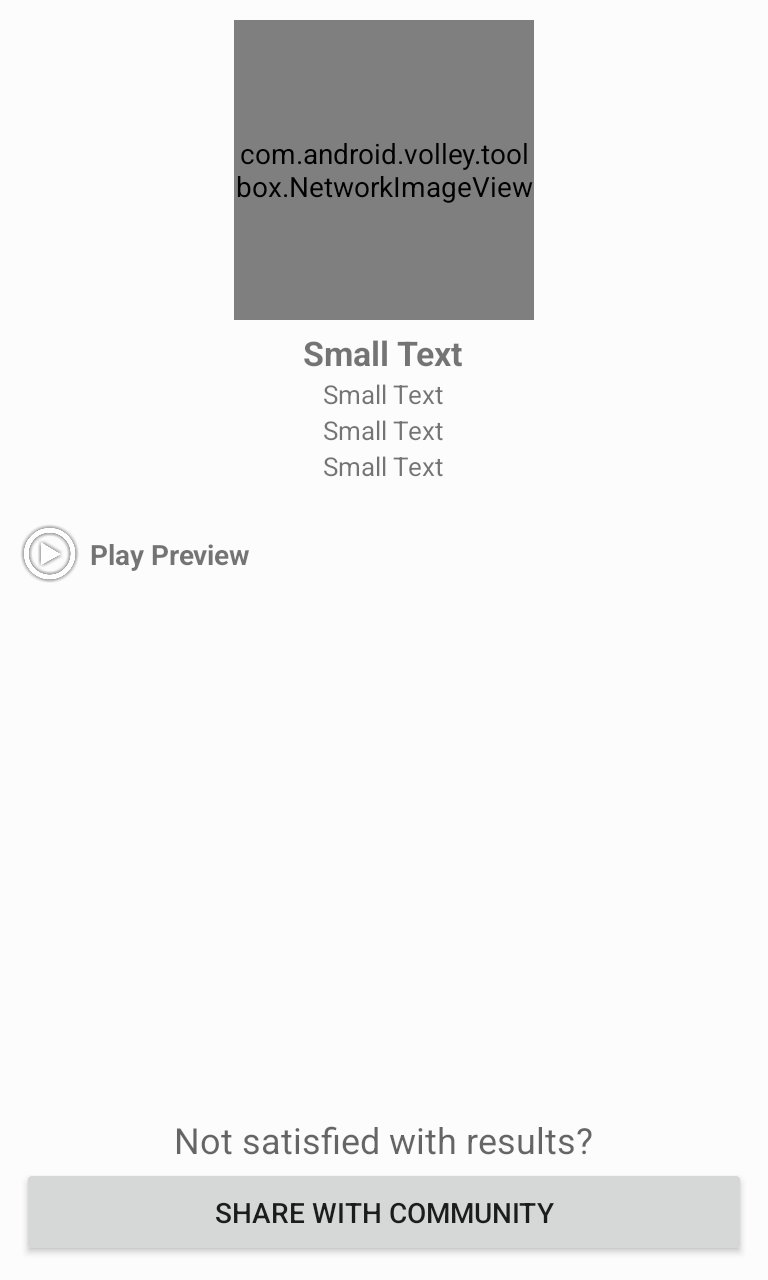
Repository: savindra/cutting-edge
Layout: Humzearch/res/layout/record_tune_result.xml
These files come from the project's save history. The layout is drawn as it stood at one moment and after the next save; the edit follows.
Pictures or frames that could not be fetched are drawn as grey boxes. It is drawn on a 768 x 1280 px phone screen (xhdpi) without system bars, with theme AppTheme; the app's code is not run.

Above is the layout before, as saved 2015-06-15 10:40:23.

### Humzearch/res/layout/record_tune_result.xml
<?xml version="1.0" encoding="utf-8"?>
<ScrollView xmlns:android="http://schemas.android.com/apk/res/android"
    android:layout_width="fill_parent"
    android:layout_height="fill_parent"
    android:fillViewport="true" >

<RelativeLayout
    android:layout_width="match_parent"
    android:layout_height="match_parent"
    android:background="@color/background"
    android:orientation="vertical" >

    <LinearLayout
        android:id="@+id/linearLayout1"
        android:layout_width="match_parent"
        android:layout_height="wrap_content"
        android:layout_margin="10dp"
        android:orientation="vertical" >

        <LinearLayout
            android:layout_width="match_parent"
            android:layout_height="wrap_content"
            android:layout_weight="0.20"
            android:gravity="center"
            android:orientation="horizontal" >

            <com.android.volley.toolbox.NetworkImageView
                android:id="@+id/imgTuneResultCover"
                android:layout_width="150dp"
                android:layout_height="150dp"
                android:src="@drawable/ic_cover_not_available" />
        </LinearLayout>

        <LinearLayout
            android:layout_width="match_parent"
            android:layout_height="wrap_content"
            android:layout_marginTop="5dip"
            android:layout_weight="0.80"
            android:gravity="center"
            android:orientation="vertical" >

            <TextView
                android:id="@+id/txtTuneResultName"
                android:layout_width="wrap_content"
                android:layout_height="wrap_content"
                android:text="Small Text"
                android:textAppearance="?android:attr/textAppearanceSmall"
                android:textStyle="bold"
                android:textSize="@dimen/title"/>

            <TextView
                android:id="@+id/txtTuneResultArtist"
                android:layout_width="wrap_content"
                android:layout_height="wrap_content"
                android:text="Small Text"
                android:textAppearance="?android:attr/textAppearanceSmall"
                android:textSize="@dimen/genre" />

            <TextView
                android:id="@+id/txtTuneResultAlbum"
                android:layout_width="wrap_content"
                android:layout_height="wrap_content"
                android:text="Small Text"
                android:textAppearance="?android:attr/textAppearanceSmall"
                android:textSize="@dimen/genre" />

            <TextView
                android:id="@+id/txtTuneResultCountry"
                android:layout_width="wrap_content"
                android:layout_height="wrap_content"
                android:text="Small Text"
                android:textAppearance="?android:attr/textAppearanceSmall"
                android:textSize="@dimen/genre"/>
        </LinearLayout>
    </LinearLayout>

    <LinearLayout
        android:layout_width="match_parent"
        android:layout_height="wrap_content"
        android:layout_alignParentBottom="true"
        android:layout_margin="10dp"
        android:gravity="center"
        android:orientation="vertical" >

        <TextView
            android:id="@+id/txtViewTuneItemCountry"
            android:layout_width="wrap_content"
            android:layout_height="wrap_content"
            android:text="@string/notsatisfied"
            android:textAppearance="?android:attr/textAppearanceMedium" />

        <Button
            android:id="@+id/btnTuneResultShare"
            style="?android:attr/buttonStyleSmall"
            android:layout_width="match_parent"
            android:layout_height="wrap_content"
            android:text="@string/sharewithcommunity" />
    </LinearLayout>

    <LinearLayout
        android:layout_width="match_parent"
        android:layout_height="wrap_content"
        android:layout_below="@+id/linearLayout1"
        android:layout_margin="10dp" >

        <RelativeLayout
            android:layout_width="match_parent"
            android:layout_height="wrap_content" >

            <ImageView
                android:id="@+id/imageView2"
                android:layout_width="30dp"
                android:layout_height="30dp"
                android:src="@drawable/ic_play2" />

            <TextView
                android:id="@+id/txtRecordTuneResultPlayPreview"
                android:layout_width="wrap_content"
                android:layout_height="wrap_content"
                android:layout_centerVertical="true"
                android:layout_marginLeft="5dp"
                android:layout_toRightOf="@+id/imageView2"
                android:text="@string/playpreview"
                android:textAppearance="?android:attr/textAppearanceSmall"
                android:textStyle="bold" />
        </RelativeLayout>
    </LinearLayout>

</RelativeLayout>
</ScrollView>

### Humzearch/res/values-v21/style.xml
<?xml version="1.0" encoding="utf-8"?>
<resources>
    <style name="AppTheme" parent="AppTheme.Base">
        <!-- Customize your theme using Material Design here. -->
    </style>
</resources>

### Humzearch/res/values/styles.xml
<resources>

    <!-- Base application theme. -->
    <style name="AppTheme" parent="AppTheme.Base"/>

    <style name="AppTheme.Base" parent="Theme.AppCompat.Light.DarkActionBar">
        <!-- Customize your theme here. -->

        <!-- colorPrimary is used for the default action bar background -->
        <item name="colorPrimary">@color/ColorPrimary</item>

        <!-- colorPrimaryDark is used for the status bar -->
        <item name="colorPrimaryDark">@color/ColorPrimaryDark</item>

        <!-- colorAccent is used as the default value for colorControlActivated
             which is used to tint widgets -->

        <!-- You can also set colorControlNormal, colorControlActivated
             colorControlHighlight & colorSwitchThumbNormal. -->

        <item name="homeAsUpIndicator">@drawable/ic_drawer</item>
		<item name="android:homeAsUpIndicator">@drawable/ic_drawer</item>
    </style>

    <style name="AppTheme.NoTitleBar" parent="Theme.AppCompat.Light.NoActionBar">
        <!-- Customize your theme here. -->

        <!-- colorPrimary is used for the default action bar background -->
        <item name="colorPrimary">@color/ColorPrimary</item>

        <!-- colorPrimaryDark is used for the status bar -->
        <item name="colorPrimaryDark">@color/ColorPrimaryDark</item>

        <!-- colorAccent is used as the default value for colorControlActivated
             which is used to tint widgets -->

        <!-- You can also set colorControlNormal, colorControlActivated
             colorControlHighlight & colorSwitchThumbNormal. -->
    </style>

    <style name="AppTheme.BackButton" parent="Theme.AppCompat.Light.DarkActionBar">
        <!-- Customize your theme here. -->

        <!-- colorPrimary is used for the default action bar background -->
        <item name="colorPrimary">@color/ColorPrimary</item>

        <!-- colorPrimaryDark is used for the status bar -->
        <item name="colorPrimaryDark">@color/ColorPrimaryDark</item>

        <!-- colorAccent is used as the default value for colorControlActivated
             which is used to tint widgets -->

        <!-- You can also set colorControlNormal, colorControlActivated
             colorControlHighlight & colorSwitchThumbNormal. -->
    </style>

    <style name="toolbar_bottom" parent="Widget.AppCompat.Toolbar">
    	<item name="contentInsetStart">0dp</item>
    	<item name="contentInsetEnd">0dp</item>
	</style>

</resources>

### Humzearch/res/values/color.xml
<?xml version="1.0" encoding="utf-8"?>
<resources>
    <color name="ColorPrimary">#e62117</color>
    <color name="ColorPrimaryDark">#c31c13</color>
    <color name="tabsScrollColor">#8a140e</color>
    <color name="fontblack">#000</color>

    <!-- Main menu colors -->
    <color name="list_item_title">#303030</color>
    <color name="list_background">#eee</color>
    <color name="list_background_pressed">#aaa</color>
    <color name="list_divider">#ccc</color>
    <color name="counter_text_bg">#626262</color>
    <color name="counter_text_color">#c5c4c4</color>

    <color name="button">#ccc</color>

    <color name="link">#909090</color>
    <color name="secondbar">#f5f5f5</color>
    <color name="background">#fcfcfc</color>

</resources>

### Humzearch/res/values/dimens.xml
<resources>

    <!-- Default screen margins, per the Android Design guidelines. -->
    <dimen name="activity_horizontal_margin">16dp</dimen>
    <dimen name="activity_vertical_margin">16dp</dimen>
    <dimen name="fontsize">18sp</dimen>

    <dimen name="title">17dp</dimen>
    <dimen name="rating">15dip</dimen>
    <dimen name="genre">13dip</dimen>
    <dimen name="year">12dip</dimen>

</resources>

### Humzearch/res/values/strings.xml
<?xml version="1.0" encoding="utf-8"?>
<resources>

    <string name="app_name">Humzearch</string>
    <string name="hello_world">Hello world!</string>
    <string name="action_settings">Settings</string>
    <string name="username">Username</string>
    <string name="email">Email</string>
    <string name="password">Password</string>
    <string name="login">Login</string>
    <string name="firstname">First Name</string>
    <string name="fullname">Full Name</string>
    <string name="firstandlast">First and Last Name</string>
    <string name="passwordhint">At least 6 characters</string>
    <string name="confirmpass">Confirm Password</string>
    <string name="logout">Logout</string>

    <!-- Nav Drawer Menu Items -->
    <string-array name="main_menu_items">
        <item >Record Tune</item>
        <item >View Tunes</item>
        <item >View Responses</item>
        <item >Rewards</item>
        <item >Messages</item>
        <item >My Account</item>
    </string-array>

    <!-- Nav Drawer List Item Icons -->
    <array name="main_menu_icons">
        <item>@drawable/ic_recordtune</item>
        <item>@drawable/ic_viewtune</item>
        <item>@drawable/ic_viewresponse</item>
        <item>@drawable/ic_reward</item>
        <item>@drawable/ic_messages</item>
        <item>@drawable/ic_myaccount</item>
    </array>

    <string name="desc_list_item_icon">Item Icon</string>

    <string name="timerstart">00:00</string>

    <string name="taptorecord">Tap to Record</string>

    <string name="playpreview">Play Preview</string>

    <string name="notsatisfied">Not satisfied with results?</string>

    <string name="sharewithcommunity">Share with Community</string>

    <!-- Language List -->
    <string-array name="language_array">
        <item>-- Not Selected --</item>
        <item>English</item>
        <item>Chinese/Mandarin</item>
        <item>Spanish</item>
        <item>Arabic</item>
        <item>Hindi</item>
        <item>Russain</item>
        <item>Sinhalese</item>
    </string-array>

    <!-- Country List -->
    <string-array name="countries_array">
        <item>-- Not Selected --</item>
	    <item>Afghanistan</item>
	    <item>Albania</item>
	    <item>Algeria</item>
	    <item>American Samoa</item>
	    <item>Andorra</item>
	    <item>Angola</item>
	    <item>Anguilla</item>
	    <item>Antarctica</item>
	    <item>Antigua and Barbuda</item>
	    <item>Argentina</item>
	    <item>Armenia</item>
	    <item>Aruba</item>
	    <item>Australia</item>
	    <item>Austria</item>
	    <item>Azerbaijan</item>
	    <item>Bahrain</item>
	    <item>Bangladesh</item>
	    <item>Barbados</item>
	    <item>Belarus</item>
	    <item>Belgium</item>
	    <item>Belize</item>
	    <item>Benin</item>
	    <item>Bermuda</item>
	    <item>Bhutan</item>
	    <item>Bolivia</item>
	    <item>Bosnia and Herzegovina</item>
	    <item>Botswana</item>
	    <item>Bouvet Island</item>
	    <item>Brazil</item>
	    <item>British Indian Ocean Territory</item>
	    <item>British Virgin Islands</item>
	    <item>Brunei</item>
	    <item>Bulgaria</item>
	    <item>Burkina Faso</item>
	    <item>Burundi</item>
	    <item>Cambodia</item>
	    <item>Cameroon</item>
	    <item>Canada</item>
	    <item>Cape Verde</item>
	    <item>Cayman Islands</item>
	    <item>Central African Republic</item>
	    <item>Chad</item>
	    <item>Chile</item>
	    <item>China</item>
	    <item>Christmas Island</item>
	    <item>Cocos (Keeling) Islands</item>
	    <item>Colombia</item>
	    <item>Comoros</item>
	    <item>Congo</item>
	    <item>Cook Islands</item>
	    <item>Costa Rica</item>
	    <item>Cote d\'Ivoire</item>
	    <item>Croatia</item>
	    <item>Cuba</item>
	    <item>Cyprus</item>
	    <item>Czech Republic</item>
	    <item>Democratic Republic of the Congo</item>
	    <item>Denmark</item>
	    <item>Djibouti</item>
	    <item>Dominica</item>
	    <item>Dominican Republic</item>
	    <item>East Timor</item>
	    <item>Ecuador</item>
	    <item>Egypt</item>
	    <item>El Salvador</item>
	    <item>Equatorial Guinea</item>
	    <item>Eritrea</item>
	    <item>Estonia</item>
	    <item>Ethiopia</item>
	    <item>Faeroe Islands</item>
	    <item>Falkland Islands</item>
	    <item>Fiji</item>
	    <item>Finland</item>
	    <item>Former Yugoslav Republic of Macedonia</item>
	    <item>France</item>
	    <item>French Guiana</item>
	    <item>French Polynesia</item>
	    <item>French Southern Territories</item>
	    <item>Gabon</item>
	    <item>Georgia</item>
	    <item>Germany</item>
	    <item>Ghana</item>
	    <item>Gibraltar</item>
	    <item>Greece</item>
	    <item>Greenland</item>
	    <item>Grenada</item>
	    <item>Guadeloupe</item>
	    <item>Guam</item>
	    <item>Guatemala</item>
	    <item>Guinea</item>
	    <item>Guinea-Bissau</item>
	    <item>Guyana</item>
	    <item>Haiti</item>
	    <item>Heard Island and McDonald Islands</item>
	    <item>Honduras</item>
	    <item>Hong Kong</item>
	    <item>Hungary</item>
	    <item>Iceland</item>
	    <item>India</item>
	    <item>Indonesia</item>
	    <item>Iran</item>
	    <item>Iraq</item>
	    <item>Ireland</item>
	    <item>Israel</item>
	    <item>Italy</item>
	    <item>Jamaica</item>
	    <item>Japan</item>
	    <item>Jordan</item>
	    <item>Kazakhstan</item>
	    <item>Kenya</item>
	    <item>Kiribati</item>
	    <item>Kuwait</item>
	    <item>Kyrgyzstan</item>
	    <item>Laos</item>
	    <item>Latvia</item>
	    <item>Lebanon</item>
	    <item>Lesotho</item>
	    <item>Liberia</item>
	    <item>Libya</item>
	    <item>Liechtenstein</item>
	    <item>Lithuania</item>
	    <item>Luxembourg</item>
	    <item>Macau</item>
	    <item>Madagascar</item>
	    <item>Malawi</item>
	    <item>Malaysia</item>
	    <item>Maldives</item>
	    <item>Mali</item>
	    <item>Malta</item>
	    <item>Marshall Islands</item>
	    <item>Martinique</item>
	    <item>Mauritania</item>
	    <item>Mauritius</item>
	    <item>Mayotte</item>
	    <item>Mexico</item>
	    <item>Micronesia</item>
	    <item>Moldova</item>
	    <item>Monaco</item>
	    <item>Mongolia</item>
	    <item>Montenegro</item>
	    <item>Montserrat</item>
	    <item>Morocco</item>
	    <item>Mozambique</item>
	    <item>Myanmar</item>
	    <item>Namibia</item>
	    <item>Nauru</item>
	    <item>Nepal</item>
	    <item>Netherlands</item>
	    <item>Netherlands Antilles</item>
	    <item>New Caledonia</item>
	    <item>New Zealand</item>
	    <item>Nicaragua</item>
	    <item>Niger</item>
	    <item>Nigeria</item>
	    <item>Niue</item>
	    <item>Norfolk Island</item>
	    <item>North Korea</item>
	    <item>Northern Marianas</item>
	    <item>Norway</item>
	    <item>Oman</item>
	    <item>Pakistan</item>
	    <item>Palau</item>
	    <item>Panama</item>
	    <item>Papua New Guinea</item>
	    <item>Paraguay</item>
	    <item>Peru</item>
	    <item>Philippines</item>
	    <item>Pitcairn Islands</item>
	    <item>Poland</item>
	    <item>Portugal</item>
	    <item>Puerto Rico</item>
	    <item>Qatar</item>
	    <item>Reunion</item>
	    <item>Romania</item>
	    <item>Russia</item>
	    <item>Rwanda</item>
	    <item>Sqo Tome and Principe</item>
	    <item>Saint Helena</item>
	    <item>Saint Kitts and Nevis</item>
	    <item>Saint Lucia</item>
	    <item>Saint Pierre and Miquelon</item>
	    <item>Saint Vincent and the Grenadines</item>
	    <item>Samoa</item>
	    <item>San Marino</item>
	    <item>Saudi Arabia</item>
	    <item>Senegal</item>
	    <item>Serbia</item>
	    <item>Seychelles</item>
	    <item>Sierra Leone</item>
	    <item>Singapore</item>
	    <item>Slovakia</item>
	    <item>Slovenia</item>
	    <item>Solomon Islands</item>
	    <item>Somalia</item>
	    <item>South Africa</item>
	    <item>South Georgia and the South Sandwich Islands</item>
	    <item>South Korea</item>
	    <item>South Sudan</item>
	    <item>Spain</item>
	    <item>Sri Lanka</item>
	    <item>Sudan</item>
	    <item>Suriname</item>
	    <item>Svalbard and Jan Mayen</item>
	    <item>Swaziland</item>
	    <item>Sweden</item>
	    <item>Switzerland</item>
	    <item>Syria</item>
	    <item>Taiwan</item>
	    <item>Tajikistan</item>
	    <item>Tanzania</item>
	    <item>Thailand</item>
	    <item>The Bahamas</item>
	    <item>The Gambia</item>
	    <item>Togo</item>
	    <item>Tokelau</item>
	    <item>Tonga</item>
	    <item>Trinidad and Tobago</item>
	    <item>Tunisia</item>
	    <item>Turkey</item>
	    <item>Turkmenistan</item>
	    <item>Turks and Caicos Islands</item>
	    <item>Tuvalu</item>
	    <item>Virgin Islands</item>
	    <item>Uganda</item>
	    <item>Ukraine</item>
	    <item>United Arab Emirates</item>
	    <item>United Kingdom</item>
	    <item>United States</item>
	    <item>United States Minor Outlying Islands</item>
	    <item>Uruguay</item>
	    <item>Uzbekistan</item>
	    <item>Vanuatu</item>
	    <item>Vatican City</item>
	    <item>Venezuela</item>
	    <item>Vietnam</item>
	    <item>Wallis and Futuna</item>
	    <item>Western Sahara</item>
	    <item>Yemen</item>
	    <item>Yugoslavia</item>
	    <item>Zambia</item>
	    <item>Zimbabwe</item>
 	</string-array>
	    <string name="artist">Artist</string>
	    <string name="language">Language</string>
	    <string name="country">Country</string>
	    <string name="year">Year</string>
	    <string name="share">Share</string>
	    <string name="playtune">Play Tune</string>
	    <string name="addresponse">ADD RESPONSE</string>
	    <string name="title">Title</string>
	    <string name="alltunes">All Tunes</string>
	    <string name="mytunes">My Tunes</string>

</resources>

After the next save:
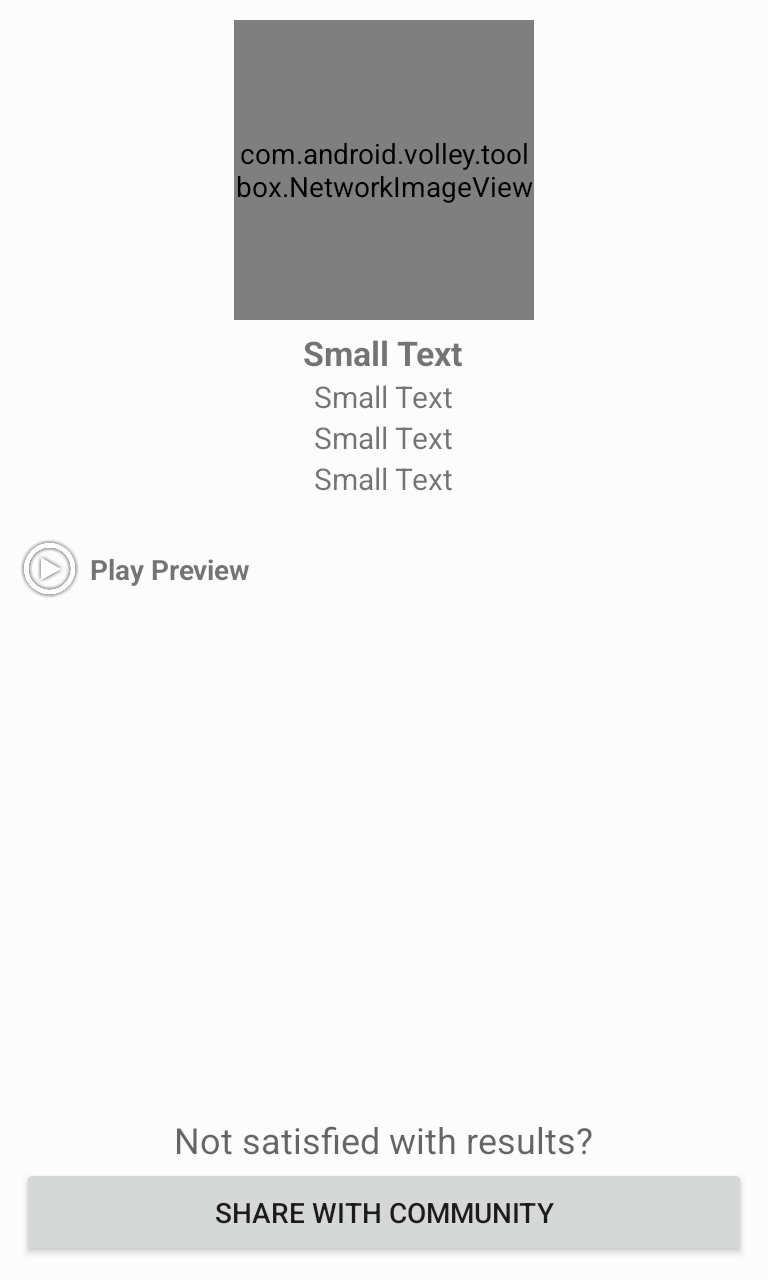
Saved 79 s later.
--- a/Humzearch/res/layout/record_tune_result.xml
+++ b/Humzearch/res/layout/record_tune_result.xml
@@ -54,7 +54,7 @@
                 android:layout_height="wrap_content"
                 android:text="Small Text"
                 android:textAppearance="?android:attr/textAppearanceSmall"
-                android:textSize="@dimen/genre" />
+                android:textSize="@dimen/rating" />
 
             <TextView
                 android:id="@+id/txtTuneResultAlbum"
@@ -62,7 +62,7 @@
                 android:layout_height="wrap_content"
                 android:text="Small Text"
                 android:textAppearance="?android:attr/textAppearanceSmall"
-                android:textSize="@dimen/genre" />
+                android:textSize="@dimen/rating" />
 
             <TextView
                 android:id="@+id/txtTuneResultCountry"
@@ -70,7 +70,7 @@
                 android:layout_height="wrap_content"
                 android:text="Small Text"
                 android:textAppearance="?android:attr/textAppearanceSmall"
-                android:textSize="@dimen/genre"/>
+                android:textSize="@dimen/rating"/>
         </LinearLayout>
     </LinearLayout>
 
